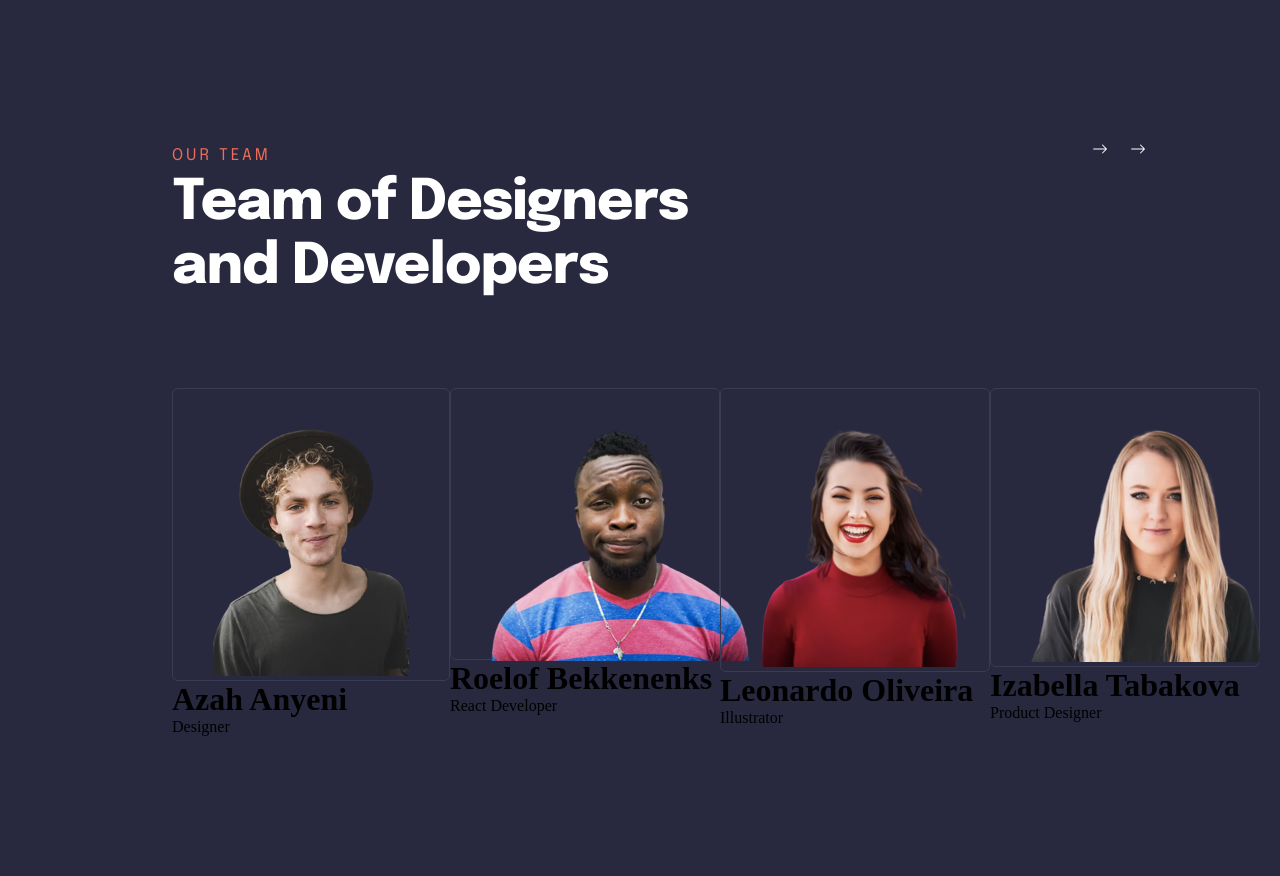
Repository: AytacJafarova/web-site
Page: index.html
These files come from the project's save history. The page is drawn as it stood at one moment and after the next save; the edit follows.
The browser window is 1280 px wide. The pictures show the whole page.

Above is the page before, as saved 2023-08-15 14:42:17.

### index.html
<!DOCTYPE html>
<html lang="en">

<head>
    <meta charset="UTF-8">
    <meta name="viewport" content="width=device-width, initial-scale=1.0">
    <title>Document</title>
    <link rel="stylesheet" href="/index.css">
</head>

<body>
    <div class="container">
        <div class="our-team">
            <div class="team-texts">
                <h1>Our Team</h1>
                <h2>Team of Designers <br>and Developers</h2>
            </div>
            <div class="team-images">
                <div class="right">
                    <img src="/team images/Path.svg" alt="">
                    <img src="/team images/Path (1).svg" alt="">
                </div>
            </div>
        </div>
        <div class="developers">
            <ul>
                <li>
                    <div class="img1">
                        <div class="border">
                            <img src="./team images/Bitmap.svg" alt="">
                        </div>
                    </div>
                    <div class="texts">
                        <h1>Azah Anyeni </h1>
                        <p>Designer</p>
                    </div>
                </li>
                <li>
                    <div class="img2">
                        <div class="border">
                            <img src="./team images/Bitmap (1).svg" alt="">
                        </div>
                        <div class="texts">
                            <h1>Roelof Bekkenenks</h1>
                            <p>React Developer</p>
                        </div>
                </li>
                <li>
                    <div class="img3">
                        <div class="border">
                            <img src="./team images/Bitmap (2).svg" alt="">
                        </div>
                    </div>
                    <div class="texts">
                        <h1>Leonardo Oliveira </h1>
                        <p>Illustrator</p>
                    </div>
                </li>
                <li>
                    <div class="img4">
                        <div class="border">
                            <img src="./team images/Bitmap (3).svg" alt="">
                        </div>
                    </div>
                    <div class="texts">
                        <h1>Izabella Tabakova</h1>
                        <p>Product Designer</p>
                    </div>
                </li>
            </ul>
        </div>
    </div>
</body>

</html>

### index.css
@import url("https://fonts.googleapis.com/css2?family=Epilogue:wght@400;800&display=swap");
* {
  margin: 0;
  padding: 0;
  box-sizing: border-box;
}
.container {
  padding: 140px 135px 140px 172px;
  background: #28293e;
}
.our-team {
  display: flex;
  justify-content: space-between;
}
.our-team .team-texts h1 {
  color: var(--text-light-accent, #ef6d58);
  font-feature-settings: "clig" off, "liga" off;
  font-family: Epilogue;
  font-size: 16px;
  font-style: normal;
  font-weight: 400;
  line-height: 32px;
  letter-spacing: 3px;
  text-transform: uppercase;
}
.our-team .team-texts h2 {
  color: var(--text-light, #fff);
  font-feature-settings: "clig" off, "liga" off;
  font-family: Epilogue;
  font-size: 56px;
  font-style: normal;
  font-weight: 800;
  line-height: 64px;
  letter-spacing: -1px;
}
.team-images .right img {
  margin-left: 20px;
}
.developers {
  margin-top: 88px;
}
.developers ul {
  display: flex;
  justify-content: space-between;
}
.developers ul li {
  list-style-type: none;
}
.developers ul li .img1 img {
  width: 196px;
  height: 247px;
}
.developers ul li .img1 .border {
  padding: 40px 40px 0 40px;
  border-radius: 6px;
  border: 1px solid #3a3c56;
}
.developers ul li .img2 img {
  width: 259px;
  height: 232px;

}
.developers ul li .img2 .border {
  padding: 40px 40px 0 40px;
  width: 270px;
  height: 272px;
  border-radius: 6px;
  border: 1px solid #3a3c56;
}
.developers ul li .img3 img {
  width: 205px;
  height: 238px;
  flex-shrink: 0;
}
.developers ul li .img3 .border {
  padding: 40px 40px 0 40px;
  width: 270px;
  border-radius: 6px;
  border: 1px solid #3a3c56;
}
.developers ul li .img4 img {
  width: 230px;
  height: 233px;
  flex-shrink: 0;
}
.developers ul li .img4 .border {
  padding: 40px 40px 0 40px;
  width: 270px;
  border-radius: 6px;
  border: 1px solid #3a3c56;
}

After the next save:
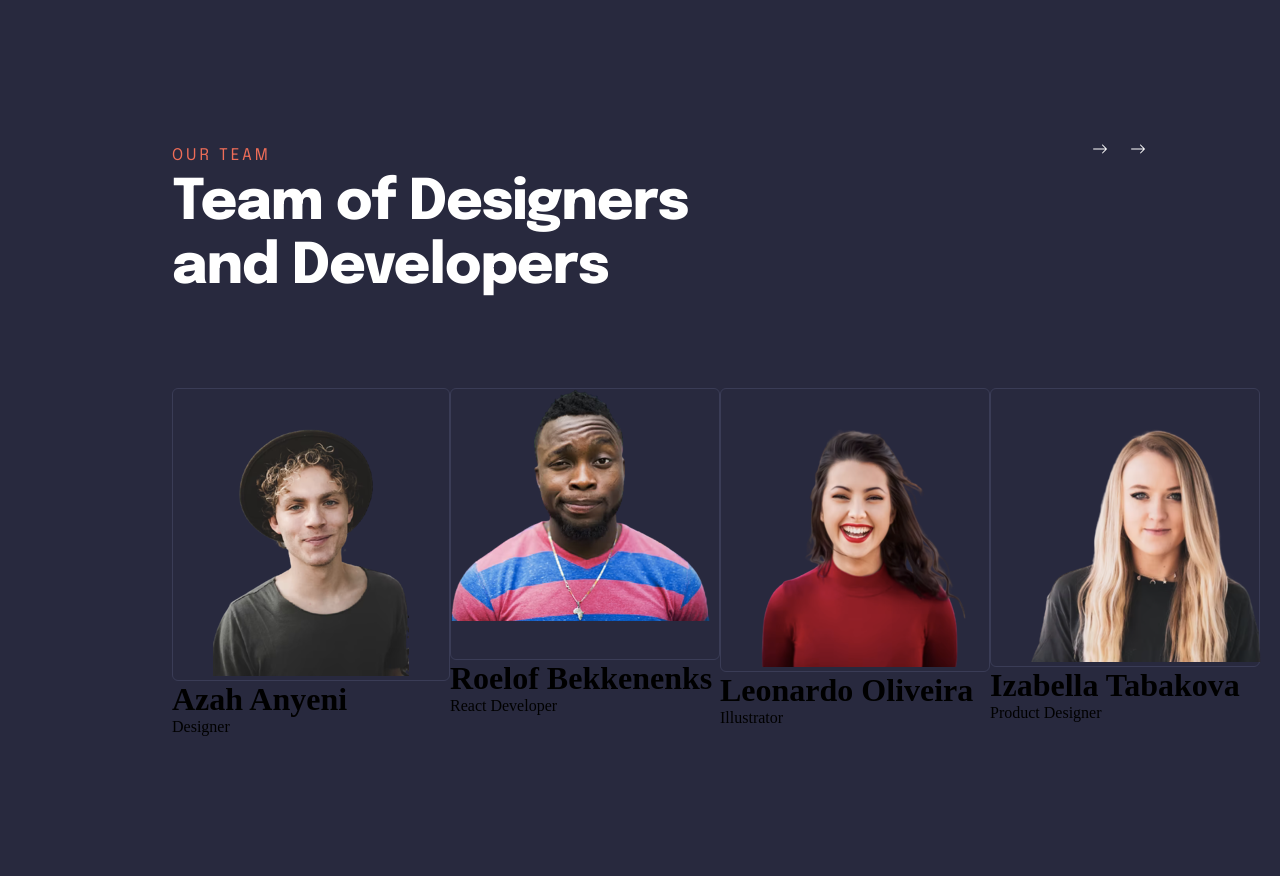
Saved 11 s later.
--- a/index.css
+++ b/index.css
@@ -61,7 +61,7 @@
 
 }
 .developers ul li .img2 .border {
-  padding: 40px 40px 0 40px;
+  /* padding: 40px 40px 0 40px; */
   width: 270px;
   height: 272px;
   border-radius: 6px;
